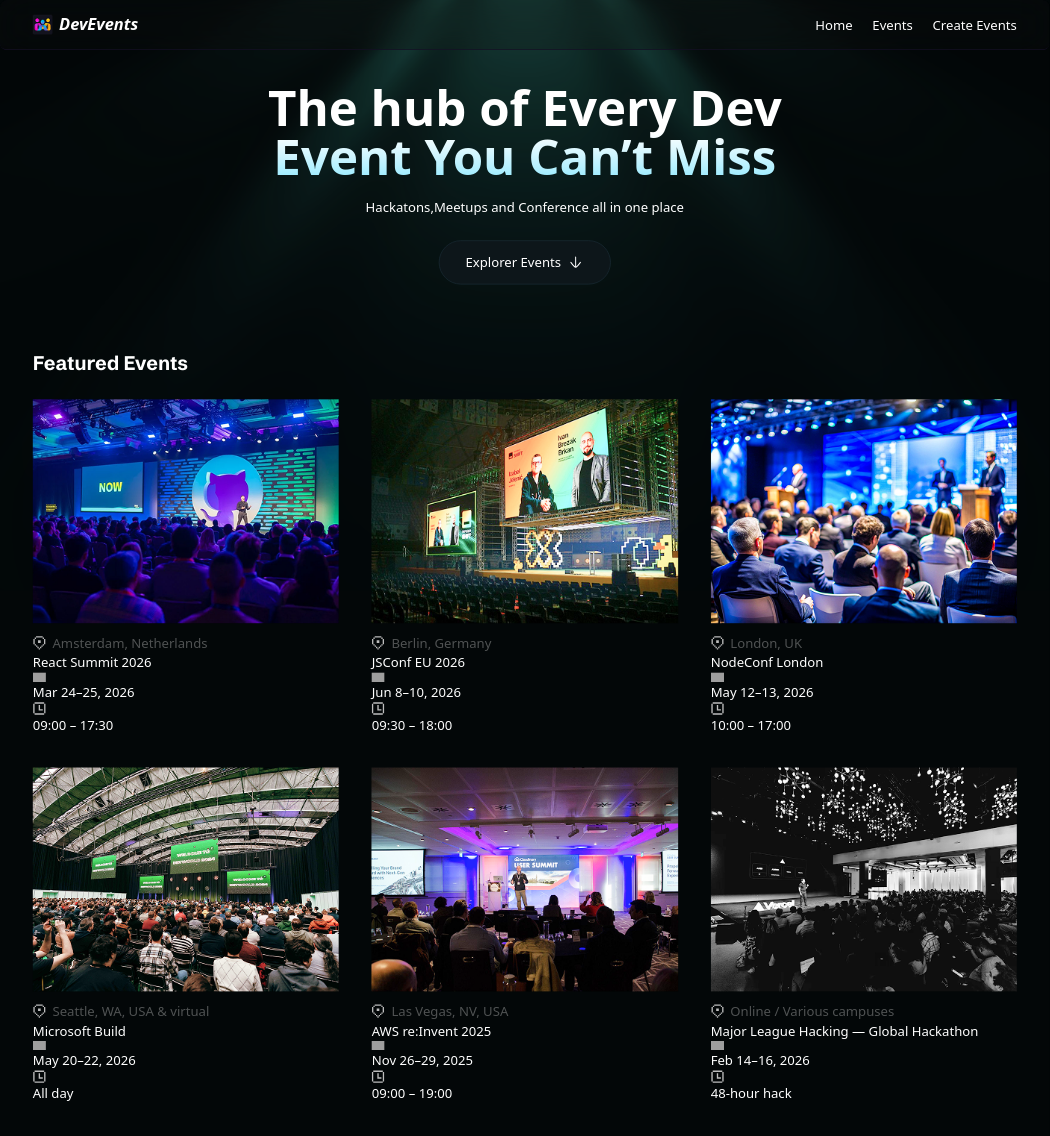
Repository: SWEBelva/Events-webapp-nextjs
Page: /
These files come from the project's save history. The page is drawn as it stood at one moment and after a run of saves; the edit follows.
The browser window is 1280 px wide. The pictures show the whole page, at 82% of full size.
Pictures or frames that could not be fetched are drawn as grey boxes. Some web fonts or font styles are not loaded; a fallback is used. The project was rebuilt for these pictures with package versions that can differ from the ones it lists, and the page was loaded fresh each time. The framework's server and built-in components were replaced by stand-ins that run in the browser. Also part of the build but not shown: next.config.ts.

Above is the page before, as saved 2025-10-31 04:25:10.

After the next 7 saves:
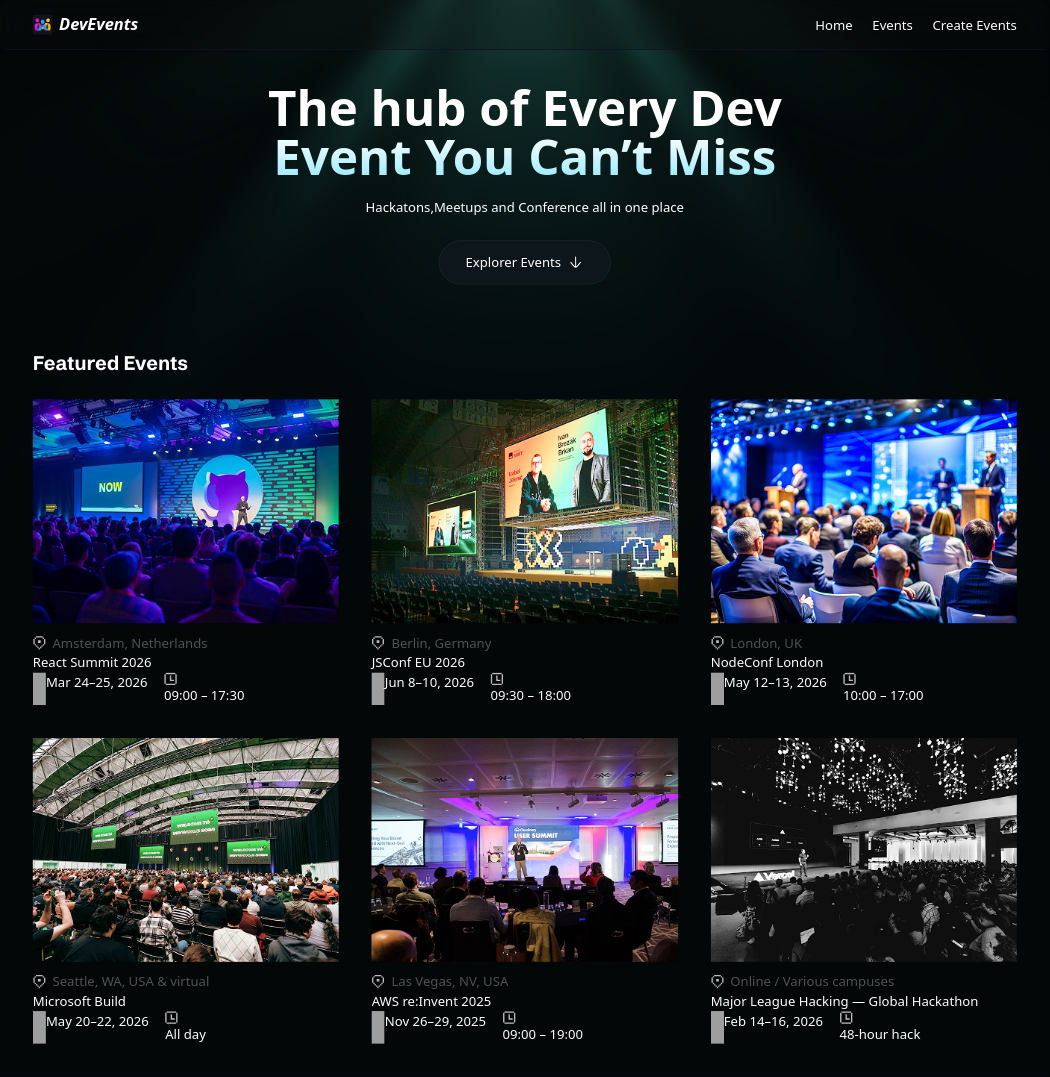
The 7 saves are shown as one change because they came seconds apart.
The last was saved 20 s later.
--- a/Component/Eventcards.tsx
+++ b/Component/Eventcards.tsx
@@ -17,8 +17,8 @@
       <p className="title opacity-30">{location}</p>
     </div>
     <p className="title">{title}</p>
-    <div className="datetime">
-      <div >
+    <div className="datetime flex flex-row gap-5 ">
+      <div  className="flex">
       <Image src="/icons/calendar.svg" alt="calendar icon" width={16} height={16}/>
        <p className="title">{date}</p>
       </div>
